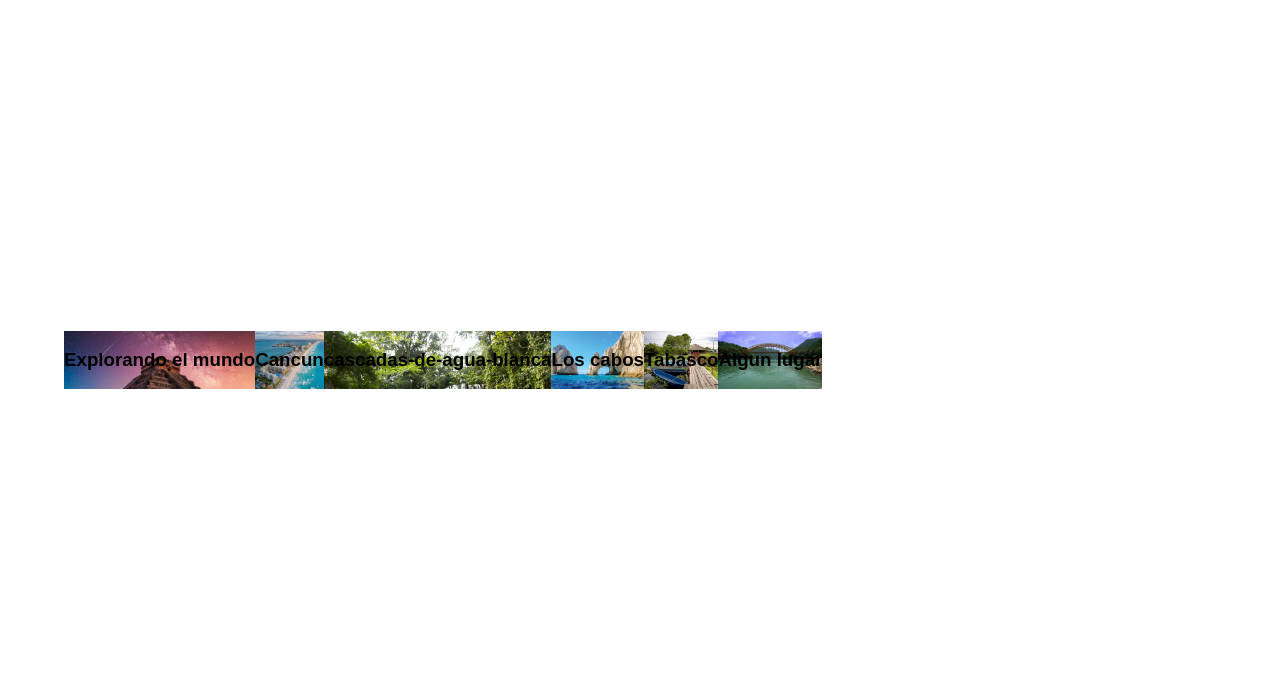
Repository: ElideZavala/Tarjetas-de-Imagenes
Page: index.html
These files come from the project's save history. The page is drawn as it stood at one moment and after the next save; the edit follows.
The browser window is 1280 px wide. The pictures show the whole page.
Some web fonts or font styles are not loaded; a fallback is used.

Above is the page before, as saved 2021-05-27 09:07:41.
Not found: script.js

After the next save:
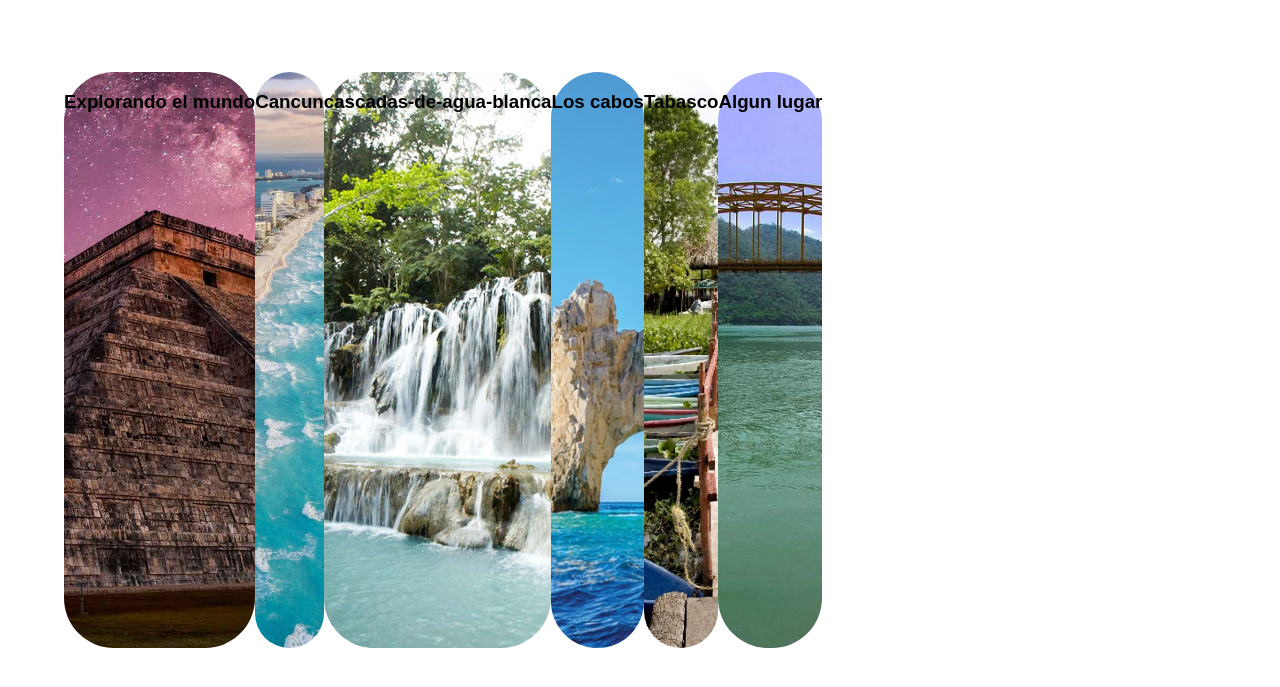
Saved 4 min 6 s later.
--- a/style.css
+++ b/style.css
@@ -22,4 +22,9 @@ body {
 
 .panel {
 	background-size: cover;
+	background-position: center;
+	background-repeat: no-repeat;
+	height: 80vh;
+	border-radius: 50px;
+
 }
